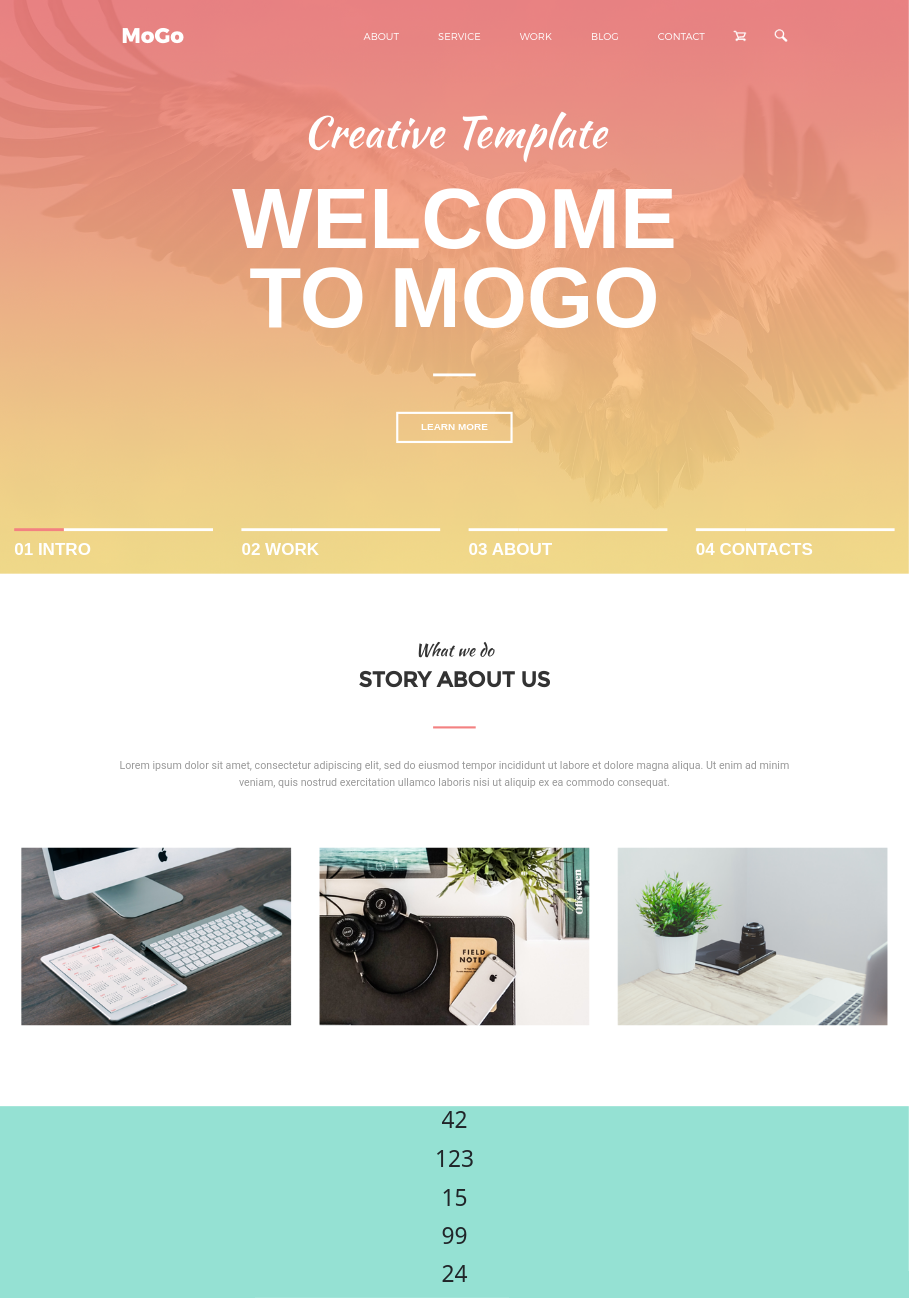
Repository: RaffiBarseghyan/mogo
Page: /
An editor plug-in stored every save of this project. The page is shown before and after the next save, followed by the edit.
The browser window is 1280 px wide. The pictures show the whole page, at 71% of full size.
The project was rebuilt for these pictures with package versions that can differ from the ones it lists, and the page was loaded fresh each time.

Above is the page before, as saved 2023-05-11 17:50:26.

### src/App.jsx
import "./App.css";
import "bootstrap/dist/css/bootstrap.min.css";
import "bootstrap/dist/js/bootstrap.bundle";
import Header from "./Pages/Header/header";
import AboutUs from "./Pages/AboutUs/aboutUs";

function App() {
  return (
    <div className="App">
      <Header />
      <AboutUs />
    </div>
  );
}

export default App;

### src/Pages/Header/header.jsx
import style from "./header.module.scss";
import glass from "../../Assets/Images/GLASS.png";
import cart from "../../Assets/Images/CART.png";

function Header() {
  return (
    <>
      <div className={style.big_header}>
        <div className={style.header}>
          <nav className="navbar navbar-expand-lg bg-body-tertiary">
            <div className="container-fluid">
              <a className={`${style.logo} navbar-brand me-5`} href="#">
                MoGo
              </a>
              <button
                className="navbar-toggler"
                type="button"
                data-bs-toggle="collapse"
                data-bs-target="#navbarNav"
                aria-controls="navbarNav"
                aria-expanded="false"
                aria-label="Toggle navigation"
              >
                <span className="navbar-toggler-icon"></span>
              </button>
              <div
                className={`${style.menu} collapse navbar-collapse`}
                id="navbarNav"
              >
                <ul className={`navbar-nav`}>
                  <li className="nav-item">About</li>
                  <li className="nav-item">service</li>
                  <li className="nav-item">work</li>
                  <li className="nav-item">blog</li>
                  <li className="nav-item">contact</li>
                  <img src={cart} alt="" />
                  <img src={glass} alt="" />
                </ul>
              </div>
            </div>
          </nav>
        </div>

        <div className={style.header_text}>
          <h1>Creative Template</h1>
          <h2>
            Welcome <br /> to MoGo
          </h2>
          <div className={style.border_box}>
            <div className={style.border}></div>
          </div>

          <div className={style.btn_box}>
            <button className={style.btn}>Learn More</button>
          </div>

          <div className={style.big_border_box_1}>
            <div className={style.div}>
              <div className={style.b_box1}>
                <div className={style.red}></div>
                <div className={style.white}></div>
              </div>
              <p className={style.b_p}>01 intro</p>
            </div>

            <div className={style.div}>
              <div className={style.b_box1}>
                <div className={style.white_s}></div>
                <div className={style.white}></div>
              </div>
              <p className={style.b_p}>02 work</p>
            </div>

            <div className={style.div}>
              <div className={style.b_box1}>
                <div className={style.white_s}></div>
                <div className={style.white}></div>
              </div>
              <p className={style.b_p}>03 About</p>
            </div>

            <div className={style.div}>
              <div className={style.b_box1}>
                <div className={style.white_s}></div>
                <div className={style.white}></div>
              </div>
              <p className={style.b_p}>04 Contacts</p>
            </div>
          </div>
        </div>
      </div>
    </>
  );
}

export default Header;

### src/Pages/AboutUs/aboutUs.jsx
import style from "./aboutUs.module.scss";
import aboutUs1 from "../../Assets/Images/aboutUs1.png";
import aboutUs2 from "../../Assets/Images/aboutUs2.png";
import aboutUs3 from "../../Assets/Images/aboutUs3.png";
import user from "../../Assets/Images/USERS.png";

function AboutUs() {
  return (
    <>
      <div className={style.aboutUs}>
        <h3>What we do</h3>
        <h2>Story about us</h2>
        <div className={style.line}></div>
        <p>
          Lorem ipsum dolor sit amet, consectetur adipiscing elit, sed do
          eiusmod tempor incididunt ut labore et dolore magna aliqua. Ut enim ad
          minim <br />
          veniam, quis nostrud exercitation ullamco laboris nisi ut aliquip ex
          ea commodo consequat.
        </p>
        <div className="d-flex justify-content-center flex-wrap ">
          <div className={style.imgDiv}>
            <img src={user} alt="" className={style.user} />
            <p>SUPER TEAM</p>
            <img src={aboutUs1} alt="" className={style.aboutImg}/>
          </div>
          <div className={style.imgDiv}>
            <img src={user} alt="" className={style.user} />
            <p>SUPER TEAM</p>
            <img src={aboutUs2} alt="" className={style.aboutImg}/>
          </div>
          <div className={style.imgDiv}>
            <img src={user} alt="" className={style.user} />
            <p>SUPER TEAM</p>
            <img src={aboutUs3} alt="" className={style.aboutImg}/>
          </div>
        </div>
      </div>

      <div className={style.aboutUsFooter}>
        <div>
            <h2>42</h2>
            <p></p>
        </div>
        <div>
            <h2>123</h2>
            <p></p>
        </div>
        <div>
            <h2>15</h2>
            <p></p>
        </div>
        <div>
            <h2>99</h2>
            <p></p>
        </div>
        <div>
            <h2>24</h2>
            <p></p>
        </div>
      </div>
    </>
  );
}

export default AboutUs;

### src/Pages/Header/header.module.scss
@font-face {
  font-family: Montserrat;
  src: url("../../Assets/Fonts/montserrat/Montserrat-Light.otf")
    format("truetype");
}

@font-face {
  font-family: Montserrat_bold;
  src: url("../../Assets/Fonts/montserrat/Montserrat-ExtraBold.otf")
    format("truetype");
}

@font-face {
  font-family: kaushan;
  src: url("../../Assets/Fonts/kaushan-script/kaushan-script.kaushanscript-regular.otf")
    format("truetype");
}

* {
  margin: 0;
  padding: 0;
  box-sizing: border-box;
}

/* Header */

.logo {
  font-size: 30px;
  color: #ffffff !important;
  font-weight: 700;
  font-family: "Montserrat_bold";
}

.logo:hover {
  color: #ffffff !important;
}

.big_header {
  width: 100%;
  min-height: 800px;
  background-image: url("../../Assets/Images/background-image-big-box-header.png");
  background-position: center;
  background-size: cover;
  background-repeat: no-repeat;
}

.header {
  width: 100%;
  min-height: 100px;
  display: flex;
  justify-content: space-around;
  align-items: center;
}

.menu > ul {
  margin-left: 150px;
}

.menu > ul > li {
  font-size: 14px;
  font-family: "Montserrat";
  color: rgb(255, 255, 255);
  text-transform: uppercase;
  list-style: none;
  margin-left: 55px;
}

.menu > ul > li:hover {
  color: #fce38a;
  border-bottom: 2px solid #fce38a;
  cursor: pointer;
  transition: 0.3s;
}

.menu > ul > img {
  margin-left: 40px;
  cursor: pointer;
  width: 15%;
  aspect-ratio: 3/2;
  object-fit: contain;
}

/* Header_text */

.header_text {
  margin-top: 50px;
}

.header_text > h1 {
  text-align: center;
  font-family: kaushan;
  font-size: 60px;
  color: rgb(255, 255, 255);
  line-height: 1.2;
}

.header_text > h2 {
  text-align: center;
  font-family: sans-serif;
  font-size: 120px;
  color: rgb(255, 255, 255);
  font-weight: bold;
  text-transform: uppercase;
  line-height: 0.933;
  margin-top: 30px;
}

.border {
  width: 60px;
  height: 4px;
  background-color: #ffffff;
}

.border_box {
  display: flex;
  justify-content: center;
  margin: 50px 0;
}

.btn {
  border-style: solid;
  border-width: 3px;
  border-color: rgb(255, 255, 255);
  background-color: rgba(0, 0, 0, 0);
  width: 164px;
  height: 44px;
  font-size: 14px;
  font-family: sans-serif;
  color: rgb(255, 255, 255);
  font-weight: bold;
  text-transform: uppercase;
}

.btn_box {
  display: flex;
  justify-content: center;
}

.btn_box > button:hover {
  cursor: pointer;
  border-radius: 10px;
  transition: 0.5s;
}

/* Borders */

.red {
  width: 70px;
  height: 4px;
  background-color: #f38181;
}

.white_s {
  width: 70px;
  height: 4px;
  background-color: #ffffff;
}

.white {
  width: 210px;
  height: 4px;
  background-color: white;
}

.b_box1 {
  display: flex;
}

.b_p {
  margin-top: 8px;
  font-size: 24px;
  font-family: sans-serif;
  color: rgb(255, 255, 255);
  font-weight: bold;
  text-transform: uppercase;
  text-align: left;
}

.big_border_box_1 {
  margin-top: 120px;
  display: flex;
  justify-content: space-around;
  flex-wrap: wrap;
}

@media only screen and (max-width: 992.2px) {
  .menu > ul {
    display: flex;
    justify-content: center;
    align-items: center;
  }
  .menu > ul > img {
    width: 12%;
    aspect-ratio: 3/2;
    object-fit: contain;
  }
  .header_text>h2{
    font-size: 80px;
  }
}

### src/Pages/AboutUs/aboutUs.module.scss
@font-face {
  font-family: Montserrat;
  src: url("../../Assets/Fonts/montserrat/Montserrat-Light.otf")
    format("truetype");
}

@font-face {
  font-family: Montserrat_mid;
  src: url("../../Assets/Fonts/montserrat/Montserrat-Regular.ttf")
    format("truetype");
}

@font-face {
  font-family: Montserrat_bold;
  src: url("../../Assets/Fonts/montserrat/Montserrat-ExtraBold.otf")
    format("truetype");
}

@font-face {
  font-family: kaushan;
  src: url("../../Assets/Fonts/kaushan-script/kaushan-script.kaushanscript-regular.otf")
    format("truetype");
}

.aboutUs {
  min-height: 750px;
  display: flex;
  flex-direction: column;
  align-items: center;
  justify-content: center;
  h3 {
    font-size: 24px;
    color: #333333;
    font-weight: 400;
    font-family: "kaushan";
    text-align: center;
  }
  h2 {
    font-size: 30px;
    text-transform: uppercase;
    color: #333333;
    font-weight: 700;
    font-family: "Montserrat_mid";
    text-align: center;
  }
  p {
    font-size: 15px;
    line-height: 24px;
    color: #999999;
    font-weight: 400;
    font-family: "Roboto";
    text-align: center;
    margin-bottom: 60px;
  }
  .line {
    width: 60px;
    height: 3px;
    background-color: #f38181;
    margin: 40px;
  }
  img {
    width: 380px;
    height: 250px;
    aspect-ratio: 3/2;
    object-fit: cover;
  }

  .imgDiv {
    width: 380px;
    height: 250px;
    margin: 20px;
    transition: 0.5s;
    display: flex;
    flex-direction: column;
    justify-content: center;
    align-items: center;
    p {
      font-size: 18px;
      text-transform: uppercase;
      color: #ffffff;
      font-weight: 700;
      font-family: "Montserrat";
      text-align: center;
      display: none;
      position: absolute;
      margin-top: 80px;
    }
    .user {
      width: 32px;
      height: 23px;
      display: none;
      position: absolute;
      margin-bottom: 30px;
    }
  }

  .imgDiv:hover {
    transition: 0.5s;
    box-shadow: 10px 10px 0px 0px rgba(149, 225, 211, 1);
    -webkit-box-shadow: 10px 10px 0px 0px rgba(149, 225, 211, 1);
    -moz-box-shadow: 10px 10px 0px 0px rgba(149, 225, 211, 1);
    cursor: pointer;
    p,
    .user {
      display: block;
    }
    background: rgb(226, 204, 123);
    background: linear-gradient(
      0deg,
      rgba(226, 204, 123, 1) 0%,
      rgba(219, 116, 116, 1) 53%
    );

    .aboutImg {
      opacity: 0.2;
    }
  }
}

.aboutUsFooter {
  height: 270px;
  background-color: #95e1d3;
}

Loaded but not shown: public/index.html (common file); src/index.js (common file); src/index.css (common file); src/reportWebVitals.js (common file); src/App.css (common file)

After the next save:
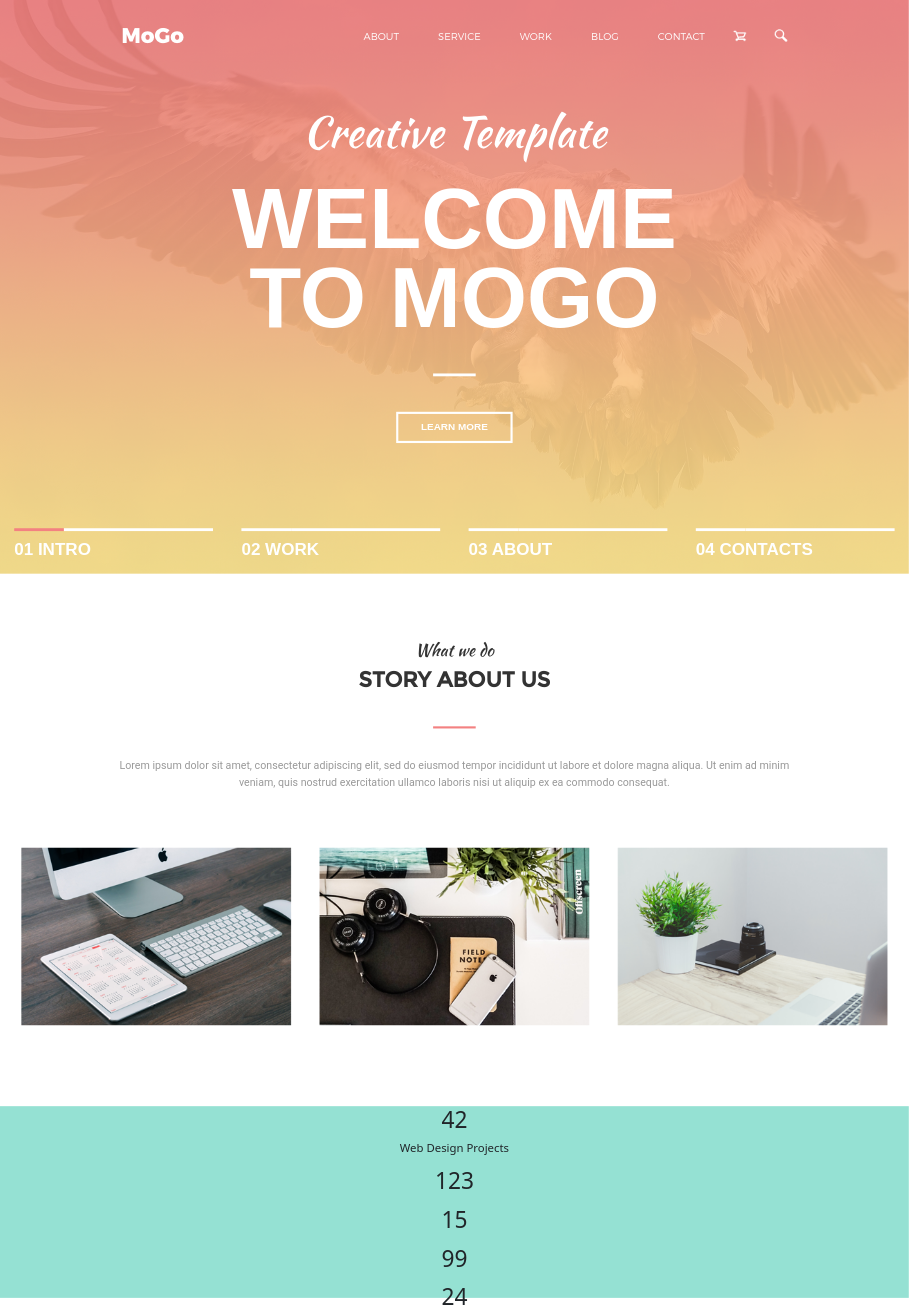
Saved 11 s later.
--- a/src/Pages/AboutUs/aboutUs.jsx
+++ b/src/Pages/AboutUs/aboutUs.jsx
@@ -40,7 +40,7 @@ function AboutUs() {
       <div className={style.aboutUsFooter}>
         <div>
             <h2>42</h2>
-            <p></p>
+            <p>Web Design Projects</p>
         </div>
         <div>
             <h2>123</h2>
